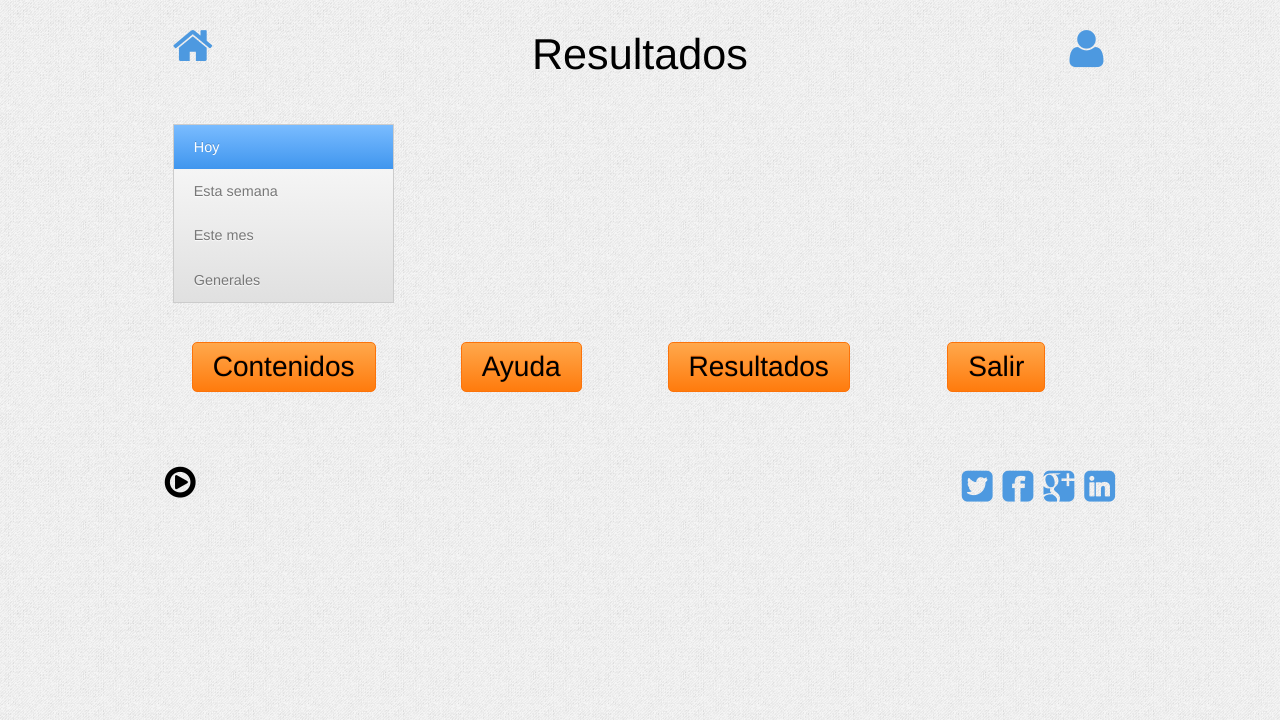
Repository: SCeruso/RememberMe
Page: resultados.html
The author's editor kept a record of every edit. The page is drawn from the files as they stood at one moment, then again after the next edit.
The browser window is 1280 px wide. The pictures show the whole page.
Some web libraries are served in a nearby version.

Above is the page before.

After the next edit:
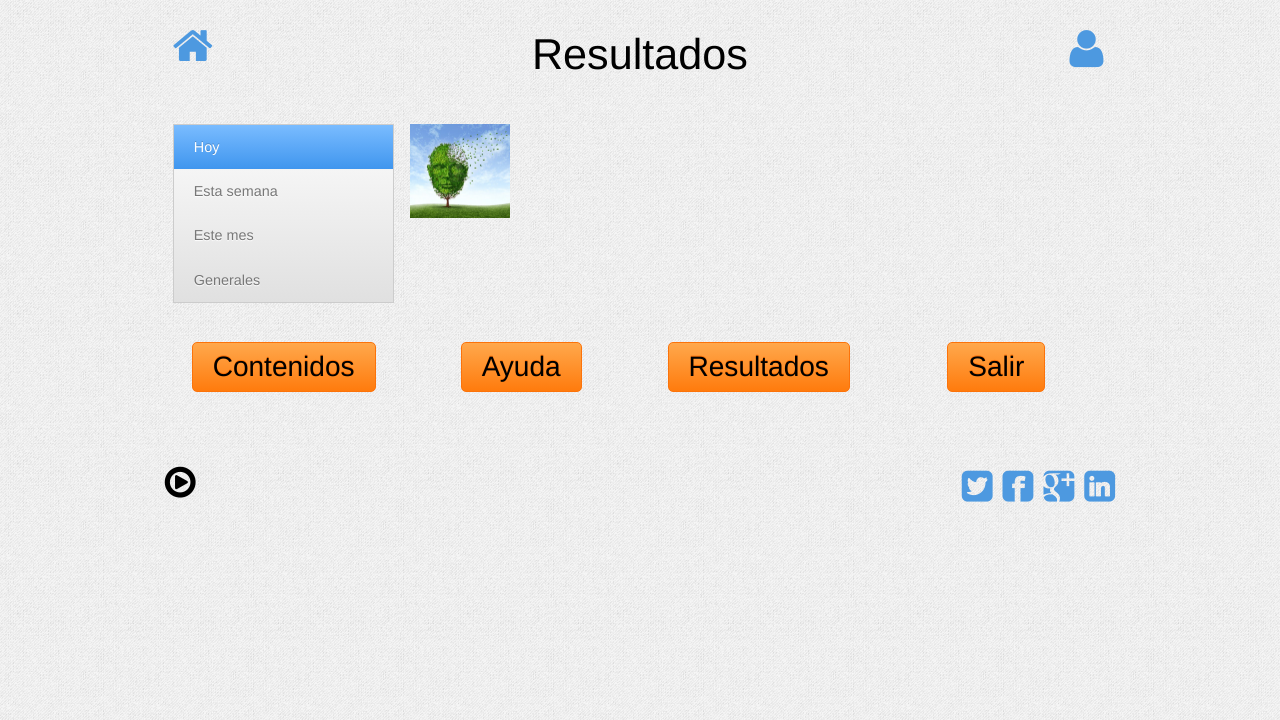
The edit:
--- a/resultados.html
+++ b/resultados.html
@@ -48,6 +48,13 @@
 			<li><a href="resultados_generales.html">Generales</a></li>
 		</ul>
 		</div>
+		<div class="col_9">
+			<img class="align-left" src="demence.jpg" width="100" height="100" />
+			<p>
+
+			</p>
+
+		</div>
 
 	</div>
 

After the edit that followed:
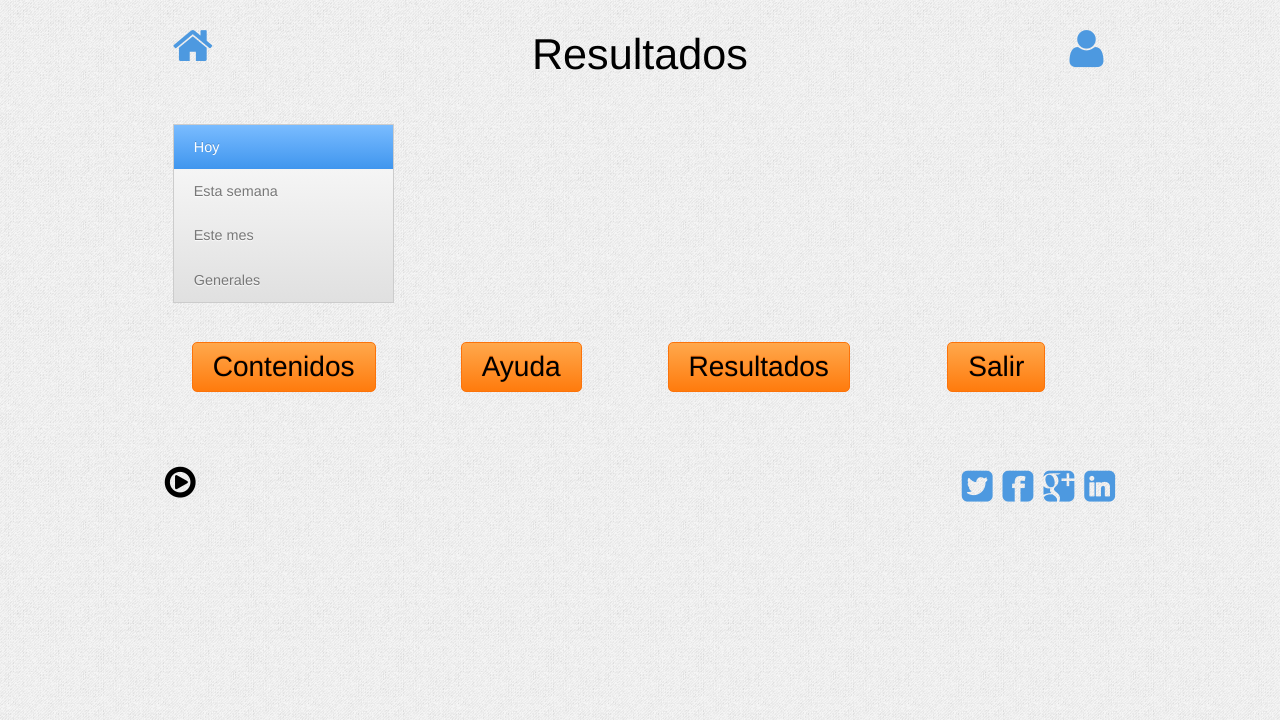
The edit:
--- a/resultados.html
+++ b/resultados.html
@@ -49,7 +49,7 @@
 		</ul>
 		</div>
 		<div class="col_9">
-			<img class="align-left" src="demence.jpg" width="100" height="100" />
+			<img  />
 			<p>
 
 			</p>
